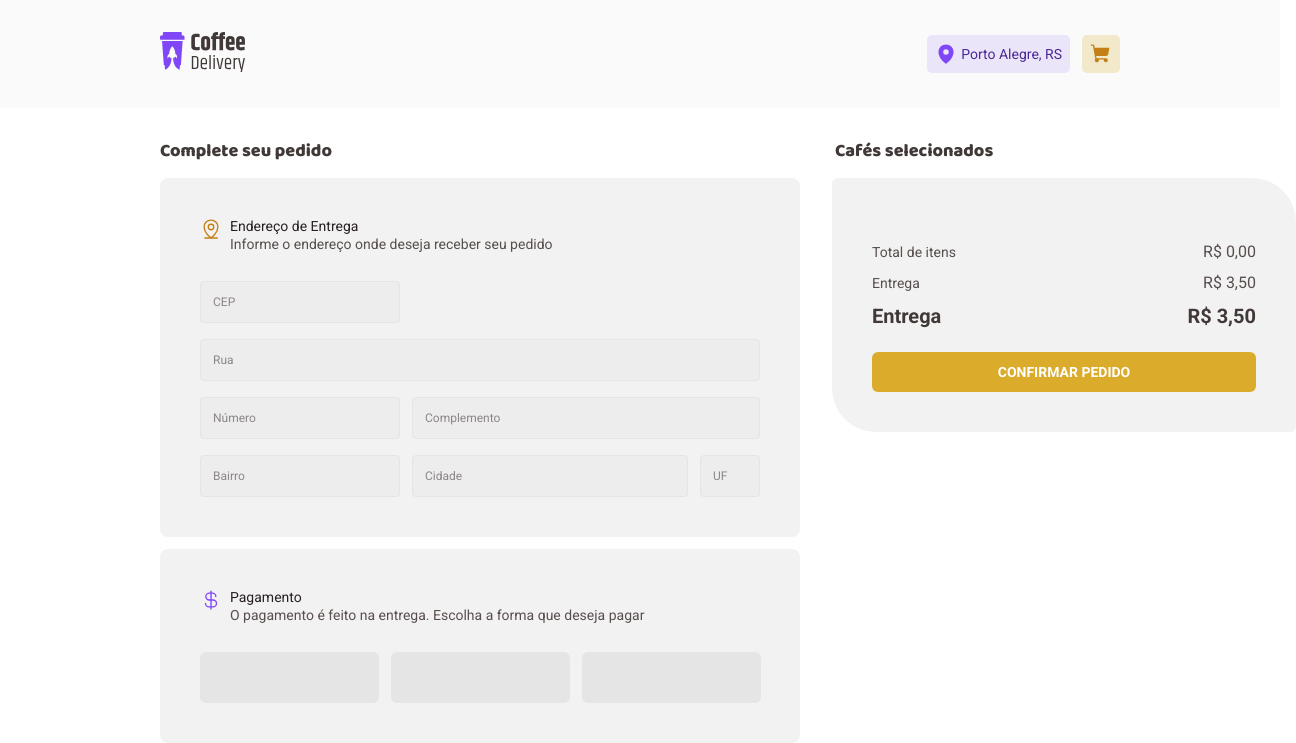
Repository: caueenrico/CoffeDelivery
Page: /checkout
These files come from the project's save history. The page is drawn as it stood at one moment and after a run of saves; the edit follows.
The browser window is 1280 px wide. The page is 1296 px wide, so the pictures cover 1296 px, including what lies to the right of the window. The pictures show the whole page.
The project was rebuilt for these pictures with package versions that can differ from the ones it lists, and the page was loaded fresh each time. Also part of the build but not shown: vite.config.ts, src/components/IpuntNumber/styles.ts, src/components/IpuntNumber/index.tsx, src/pages/CheckOut/components/SelectedCoffes/styles.ts, src/pages/CheckOut/components/SelectedCoffes/index.tsx, src/pages/CheckOut/Pages/Success/styles.ts, src/pages/CheckOut/Pages/Success/components/SendRequest/styles.ts, src/pages/CheckOut/Pages/Success/components/SendRequest/index.tsx and 8 more.

Above is the page before, as saved 2022-10-06 17:50:00.

### index.html
<!DOCTYPE html>
<html lang="en">
  <head>
    <meta charset="UTF-8" />

    <link rel="preconnect" href="https://fonts.googleapis.com" />
    <link rel="preconnect" href="https://fonts.gstatic.com" crossorigin />
    <link
      href="https://fonts.googleapis.com/css2?family=Baloo+2:wght@700;800&family=Roboto:wght@400;700&display=swap"
      rel="stylesheet"
    />

    <link rel="icon" type="image/svg+xml" href="/vite.svg" />
    <meta name="viewport" content="width=device-width, initial-scale=1.0" />
    <title>Vite + React + TS</title>
  </head>
  <body>
    <div id="root"></div>
    <script type="module" src="/src/main.tsx"></script>
  </body>
</html>

### src/App.tsx
import { BrowserRouter } from "react-router-dom";
import { ThemeProvider } from "styled-components";
import { CartContextProvider } from "./context/CartContext";
import { Router } from "./Router";
import { defaultTheme } from "./styles/themes/default";
import { GlobalStyle } from "./styles/themes/global";

export function App() {
  return (
    <ThemeProvider theme={defaultTheme}>
      <BrowserRouter>
      <CartContextProvider>
        <Router />
      </CartContextProvider>
      </BrowserRouter>
      <GlobalStyle />
    </ThemeProvider>
  );
}

### src/Router.tsx
import { Routes, Route } from 'react-router-dom'
import { DefaultLayout } from './layouts/DefaultLayout'
import { PageForm } from './pages/CheckOut'
import { Success } from './pages/CheckOut/Pages/Success'
import { Home } from './pages/Home'



export function Router() {
  return (
    <Routes>
      <Route path="/" element={<DefaultLayout />}>
        <Route path="/" element={<Home />} />
        <Route path="/checkout" element={<PageForm />} />
        <Route path="/checkout/success" element={<Success />} />

      </Route>
    </Routes>
  )
}

### src/styles/themes/default.ts
export const defaultTheme = {
  white: '#FFFFFF',

  // PRODUTOS
  'yellow-dark': '#C47F17',
  'yellow': '#DBAC2C',
  'yellow-light': '#F1E9C9',

  'purple-dark': '#4B2995',
  'purple': '#8047F8',
  'purple-light': '#EBE5F9',

  //BASE
  'title':'#272221',
  'subtitle': '#403937',
  'text':'#574F4D',
  'label':'#8D8686',
  'hover':'#D7D5D5',
  'button':'#E6E5E5',
  'input':'#EDEDED',
  'card':'#F3F2F2',
  'background':'#FAFAFA'
}

### src/styles/themes/global.ts
import { createGlobalStyle } from "styled-components";


export const GlobalStyle = createGlobalStyle`
  *{
    margin: 0;
    padding: 0;
    box-sizing: border-box;
  }

  :focus{
    outline: 0;
  }

  body{
    -webkit-font-smoothing: antialiased;
  }

  body,input,textarea,button{
    font-family: 'Roboto', sans-serif;
    font-weight: 400;
    font-size: 1rem;
  }

  input::-webkit-outer-spin-button,
  input::-webkit-inner-spin-button {
    -webkit-appearance: none;
    margin: 0;
  }
  input[type="number"] {
    -moz-appearance: textfield;
  }

`

### src/layouts/DefaultLayout/index.tsx
import { Outlet } from 'react-router-dom'
import { Header } from '../../components/Header'
import { LayoutContainer } from './styles'

export function DefaultLayout() {
  return (
    <div>
      <LayoutContainer>
        <Header />
        <Outlet />
      </LayoutContainer>
    </div>
  )
}

### src/components/Header/index.tsx
import { HeaderContainer, NavHeaders } from "./styles";
import logo from '../assets/logo.svg';
import { Locations } from "../Locations";
import { Cart } from "../Cart";
import { NavLink } from "react-router-dom";


export function Header() {
  return (
    <HeaderContainer>
      <NavLink to='/'>
      <img src={logo} alt="" />
      </NavLink>

      <NavHeaders>
        <Locations />
        <NavLink to='/checkout'>
          <Cart/>
        </NavLink>
      </NavHeaders>
    </HeaderContainer>
  );
}

### src/layouts/DefaultLayout/styles.ts
import styled from 'styled-components'

export const LayoutContainer = styled.div`

`

### src/pages/CheckOut/styles.ts
import styled from "styled-components";

export const ContainerForm = styled.form`

display: flex;
flex-direction: column;
`

### src/pages/CheckOut/components/CompleteOrderForm/CheckOutIndex.tsx
import { TilteText } from "../../../Home/styles";
import { RenderSelectCoffes } from "../RenderSelectCoffes";
import { AddressForm } from "./AddresForm";
import { PaymenteMethodo } from "./PaymenteMethodo";
import {
  ContainerCheckOut,
  ContainerColunm,
  ContainerFlex,
  SelectCoffesContainer,
  TilteaText,
} from "./styles";

export function CheckOutIndex() {
  return (
    <ContainerFlex>
      <ContainerColunm>
        <TilteText>Complete seu pedido</TilteText>

        <ContainerCheckOut>
          <AddressForm />
        </ContainerCheckOut>

        <PaymenteMethodo />
      </ContainerColunm>

      <ContainerColunm>
        <TilteaText>Cafés selecionados</TilteaText>

        <SelectCoffesContainer>
          <RenderSelectCoffes />
        </SelectCoffesContainer>
      </ContainerColunm>
    </ContainerFlex>
  );
}

### src/pages/Home/styles.ts
import Background from '../assets/Background.png'

import styled from "styled-components";

export const BannerContainer = styled.div`

display: flex;
align-items: center;
justify-content: space-between;

padding: 94px 160px;

background-image: url(${Background});
background-position: center;
background-repeat: no-repeat;
background-size: cover;

`

export const TextContainer = styled.div`
 max-width: 588px;

 h1{
  font-family: 'Baloo 2';
  font-style: normal;
  font-weight: 800;
  font-size: 48px;
  line-height: 130%;
  color: ${props => props.theme['title']}
 }

  span {
    font-family: 'Roboto';
    font-weight: 400;
    font-size: 20px;
    line-height: 130%;
    color: ${props => props.theme['subtitle']}
  }




`

export const Benefist = styled.div `

  margin-top: 66px;
  max-width: 567px;
  color: ${props => props.theme['text']};

  ul {
    list-style-type: none;
    display: flex;
    gap: 40px;

  }

  ul li{
    font-size: 16px;
    display: flex;
    align-items: center;
    margin-bottom: 20px;
    gap: 12px;


  }

  .test{
    width: 231px;
  }
`

export const ProductsContainer = styled.div`

  h1{
    font-family: 'Baloo 2';
    font-style: normal;
    font-weight: 800;
    font-size: 32px;
    line-height: 130%;

    margin-left: 160px;
    margin-top: 32px;
    margin-bottom: 54px;

    color:${props => props.theme['subtitle']}
  }



`

export const TilteText = styled.h1`
    font-family: 'Baloo 2';
    font-style: normal;
    font-weight: 800;
    font-size: 18px;
    line-height: 130%;

    margin-left: 160px;
    margin-top: 32px;
    margin-bottom: 15px;

    color:${props => props.theme['subtitle']}
`

### src/components/Header/styles.ts
import styled from "styled-components";

export const HeaderContainer = styled.div`

  min-height: 104px;

  display: flex;
  align-items: center;
  justify-content: space-between;

  padding: 32px 160px;

  background-color: ${props => props.theme['background']};

  position: sticky;
  top: 0;
  left: 0;
  z-index: 5;

`
export const NavHeaders = styled.nav`
  display: flex;
  gap: 12px;

`

### src/components/Locations/index.tsx
import { MapPin } from "phosphor-react";
import { LocationsContainer } from "./styles";


export function Locations (){

  return (
    <LocationsContainer>
        <MapPin size={22} weight='fill' color="#8047F8"/> Porto Alegre, RS
    </LocationsContainer>
  )
}

### src/components/Cart/index.tsx
import { ShoppingCart } from "phosphor-react";
import React, { useContext } from "react";
import { CartContext } from "../../context/CartContext";
import { CartContainer } from "./styles";

export function Cart (){
  const {quantityAddItens} = useContext(CartContext)
  return(
    <CartContainer>
      <ShoppingCart size={22} weight='fill'/> {quantityAddItens > 0 && <span>{quantityAddItens}</span>}
    </CartContainer>
  )
}

### src/pages/CheckOut/components/RenderSelectCoffes/index.tsx
import { Container } from "./styles";
import { useContext } from "react";
import { CartContext } from "../../../../context/CartContext";
import { SelectedCoffes } from "../SelectedCoffes";
import { TotalItens } from "../TotalItens";
import { ConfirmButton } from "../ConfirmButton";

export function RenderSelectCoffes() {
  const { cartItens } = useContext(CartContext);

  return (
    <>
      <Container>
        {cartItens.map((coffee) => (
          <SelectedCoffes key={coffee.id} coffee={coffee} />
        ))}
      </Container>

      <TotalItens />

      <ConfirmButton />
    </>
  );
}

### src/pages/CheckOut/components/CompleteOrderForm/AddresForm.tsx
import { MapPinLine } from "phosphor-react";
import { useFormContext } from "react-hook-form";
import { InputForm } from "../../../../components/InpuitForm";
import { AddressFormContainer } from "./styles";
import { TextCheck } from "../TextosCheck";

interface ErrosType {
  errors: {
    [key: string]: {
      message: string;
    };
  };
}

export function AddressForm() {
  const { register, formState } = useFormContext();
  const { errors } = formState as unknown as ErrosType;

  return (
    <>
      <TextCheck
        icon={<MapPinLine size={22} color="#C47F17" />}
        title="Endereço de Entrega"
        subtitle="Informe o endereço onde deseja receber seu pedido"
      />
      <AddressFormContainer>
        <InputForm
          placeholder="CEP"
          type="number"
          className="cep"
          {...register("cep")}
          error={errors.cep?.message}
        />
        <InputForm
          placeholder="Rua"
          className="street"
          {...register("street")}
          error={errors.street?.message}
        />
        <InputForm
          placeholder="Número"
          type="number"
          {...register("number")}
          error={errors.number?.message}
        />
        <InputForm placeholder="Complemento" className="complemento" />
        <InputForm
          placeholder="Bairro"
          {...register("district")}
          error={errors.district?.message}
        />
        <InputForm
          placeholder="Cidade"
          {...register("city")}
          error={errors.city?.message}
        />
        <InputForm
          placeholder="UF"
          {...register("uf")}
          error={errors.uf?.message}
        />
      </AddressFormContainer>
    </>
  );
}

### src/pages/CheckOut/components/CompleteOrderForm/PaymenteMethodo.tsx
import { Bank, CreditCard, CurrencyDollar, Money } from "phosphor-react";
import { MetodosdePagamentos } from "../../../../components/MetodosPagamento";
import {
  ContainerCheckOut,
  MetodosDePagamentoContainer,
  PaymentContainer,
} from "./styles";
import { TextCheck } from "../TextosCheck";

export const MetodosDePagamentoOpn = {
  credito: {
    title: "Cartão de Crédito",
    icon: <CreditCard size={16} color="#8047F8" />,
  },
  debito: {
    title: "Cartão de Débito",
    icon: <Bank size={16} color="#8047F8" />,
  },
  dinheiro: {
    title: "Dinheiro",
    icon: <Money size={16} color="#8047F8" />,
  },
};

export function PaymenteMethodo() {
  return (
    <PaymentContainer>
      <ContainerCheckOut>
        <TextCheck
          icon={<CurrencyDollar size={22} color="#8047F8" />}
          title="Pagamento"
          subtitle="O pagamento é feito na entrega. Escolha a forma que deseja pagar"
        />

        <MetodosDePagamentoContainer>
          {Object.entries(MetodosDePagamentoOpn).map(
            ([key, { title, icon }]) => (
              <MetodosdePagamentos
                id={key}
                key={title}
                title={title}
                icon={icon}
                value={key}
              />
            )
          )}
        </MetodosDePagamentoContainer>
      </ContainerCheckOut>
    </PaymentContainer>
  );
}

### src/pages/CheckOut/components/CompleteOrderForm/styles.ts
import styled from "styled-components";

export const ContainerFlex = styled.div`
  display: flex;


`
export const ContainerColunm = styled.div`
display: flex;
flex-direction: column;
`

export const ContainerCheckOut = styled.div `

  margin-left: 160px;
  border-radius: 8px;
  display: flex;
  flex-direction: column;
  max-width: 40rem;
  background: ${props => props.theme.card};



`

export const TilteaText = styled.h1`
  font-family: 'Baloo 2';
    font-style: normal;
    font-weight: 800;
    font-size: 18px;
    line-height: 130%;

    margin-left: 35px;
    margin-top: 32px;
    margin-bottom: 15px;

    color:${props => props.theme['subtitle']}
`

export const SelectCoffesContainer = styled.div`
  display: flex;
  flex-direction: column;
  min-width: 29rem;
  background: ${props => props.theme.card};
  padding: 40px;
  margin-left: 32px;
  border-radius: 6px 44px;

  .navlink{
    width: 100%;
  }
`

export const PaymentContainer = styled.div`
  margin-top: 12px;
`

export const AddressFormContainer = styled.div`
  width: 100%;

  margin: 40px;
  display: grid;
  grid-template-columns: 12.5rem 17.25rem 3.75rem;
  column-gap: 0.75rem;
  row-gap: 1rem;
  grid-auto-flow: dense;

  .cep{
    grid-column: span 3;
    max-width: 12.5rem;
  }

  .street{
    grid-column: span 3;
  }

  .complemento {
    grid-column: span 2;
  }

`

export const MetodosDePagamentoContainer = styled.div`

  display: grid;
  grid-template-columns: repeat(3,1fr);
  gap: 12px;

  margin: 40px;

`

export const ValueContainer = styled.div`

`

### src/components/Locations/styles.ts
import styled from "styled-components";

export const LocationsContainer = styled.div`
  border-radius: 5px;

  max-width: 143px;
  padding: 8px;
  font-size: 14px;

  background-color: ${props => props.theme['purple-light']};
  color: ${props => props.theme['purple-dark']};

  display: flex;
  justify-content: center;
  align-items: center;
  gap: 4px;



`

### src/components/Cart/styles.ts
import styled from "styled-components";

export const CartContainer = styled.button`
  max-width: 38px;
  max-height: 38px;
  border-radius: 5px;
  border: none;

  background-color: ${props => props.theme['yellow-light']};
  color: ${props => props.theme['yellow-dark']};

  display: flex;
  align-content: center;
  align-items: center;
  position: relative;

  padding: 8px;

  span {
    position: absolute;
    width: 1.25rem;
    height: 1.25rem;
    top: calc(-1.25rem / 2);
    right: calc(-1.25rem / 2);
    background-color: ${props => props.theme['yellow-dark']};
    color: ${props => props.theme['yellow-light']};
    border-radius: 50%;

    font-size: 0.75rem;
    font-weight: 700;

    display: flex;
    align-items: center;
    justify-content: center;


  }

`

### src/pages/CheckOut/components/RenderSelectCoffes/styles.ts
import styled from "styled-components";

export const Container = styled.div`
  display: flex;
  flex-direction: column;

`

### src/pages/CheckOut/components/TotalItens/index.tsx

import { useContext } from "react";
import { CartContext } from "../../../../context/CartContext";
import { formatMoney } from "../../../../utils/formatMoney";
import { Container, Text, TotalBold, Valor } from "./styles";



export function TotalItens() {
  const {cartItemTotal} = useContext(CartContext);
  const PriceDelivery = formatMoney(3.50) ;
  const totalCoffes = formatMoney(cartItemTotal()) ;
  const total = formatMoney(cartItemTotal() + 3.50) ;

  return (
    <Container>
      <div>
        <Text>Total de itens</Text>
        <Valor>R$ {totalCoffes}</Valor>
      </div>
      <div>
        <Text>Entrega</Text>
        <Valor>R$ {PriceDelivery}</Valor>
      </div>
      <div>
        <TotalBold>Entrega</TotalBold>
        <TotalBold>R$ {total}</TotalBold>
      </div>
    </Container>
  );
}

### src/pages/CheckOut/components/ConfirmButton/index.tsx
import { NavLink } from "react-router-dom";
import { ButtonConfirm } from "./styles";

export function ConfirmButton() {
  return (
    <ButtonConfirm type="submit">
      Confirmar Pedido
    </ButtonConfirm>
  );
}

{/* <NavLink to="/checkout/success">Confirmar Pedido</NavLink> */}

### src/components/InpuitForm/index.tsx
import { forwardRef, InputHTMLAttributes } from "react";
import { InputStyleContainer, InputWrapper } from "./styles";

type InputProps = InputHTMLAttributes<HTMLInputElement> & {
  error?: string;
}

export const InputForm = forwardRef<HTMLInputElement, InputProps>(
  ({error,className,...props}, ref) => {
  return (
    <InputWrapper className={className}>
    <InputStyleContainer {...props}  ref={ref} />
    {error && (
      <p>{error}</p>
    )}
    </InputWrapper>
  )
})

### src/pages/CheckOut/components/TextosCheck/index.tsx
import { ReactNode } from "react"
import { SectionTitleContainer } from "./styles"

interface TextCheckProps{
  title: string
  subtitle?: string
  icon?: ReactNode
}

export function TextCheck({title,subtitle,icon}: TextCheckProps){
  return(
    <SectionTitleContainer>
      {icon}
      <div>
        <h1>{title}</h1>
        <span>{subtitle}</span>
      </div>
    </SectionTitleContainer>
  )
}

### src/components/MetodosPagamento/index.tsx
import { CreditCard } from "phosphor-react"
import { InputHTMLAttributes, ReactNode, useState } from "react"
import { PaymentMethodos } from "./styles"

type MetodosdePagamentosProps = InputHTMLAttributes<HTMLInputElement> & {
  title: string
  icon: ReactNode
}

export function MetodosdePagamentos({ id, icon, title, ...props }: MetodosdePagamentosProps) {

  return(
    <PaymentMethodos >

    </PaymentMethodos>
  )
}

### src/utils/formatMoney.ts
export function formatMoney(value: number){
  return value.toLocaleString('pt-BR', {
    minimumFractionDigits: 2,
  })
}

### src/pages/CheckOut/components/TotalItens/styles.ts
import styled from "styled-components";

export const Container = styled.div`
  display: flex;
  flex-direction: column;
  margin-top: 24px;
  gap: 12px;

  div {
    display: flex;
    justify-content: space-between;
    align-items: center;
  }

`

export const Text = styled.span`
  font-size: 0.875rem;
  color: ${props => props.theme.text};
`
export const Valor = styled.span`
  font-size: 1rem;
  color: ${props => props.theme.text};
`
export const TotalBold = styled.span`
  font-size: 1.25rem;
  color: ${props => props.theme.subtitle};
  font-weight: 700;
`

### src/pages/CheckOut/components/ConfirmButton/styles.ts
import styled from "styled-components";

export const ButtonConfirm = styled.button`
  background: ${props => props.theme.yellow};
  color: ${props => props.theme["white"]};
  border-radius: 6px;
  padding: 12px 8px;
  border: none;
  margin-top: 24px;
  transition: 0.2s;
  font-size: 14px;
  font-weight: 700;
  text-transform: uppercase;
  cursor: pointer;

  a{
    color: ${props => props.theme["white"]};
    text-decoration: none;
  }

  &:hover {
    background: ${props => props.theme["yellow-dark"]};
  }
`

### src/components/InpuitForm/styles.ts
import styled from "styled-components";

export const InputWrapper = styled.div`
  display: flex;
  flex-direction: column;
  gap: 0.3rem;
  position: relative;

  >p{
    color: ${props => props.theme["purple-dark"]};
  }
  `


export const InputStyleContainer = styled.input`
  height: 2.625rem;
  border-radius: 4px;
  border: 1px solid ${props => props.theme.button};
  background: ${props => props.theme.input};
  transition: 0.4s;

  &:focus{
    border-color: ${props => props.theme["yellow-dark"]};
  }

  color: ${props => props.theme["text"]};
  font-size: 00.75rem;
  padding: 0 0.75rem;

  &::placeholder{
    color: ${props => props.theme["label"]};
  }
`

### src/pages/CheckOut/components/TextosCheck/styles.ts
import styled from "styled-components";

export const SectionTitleContainer = styled.div`
  display: flex;
  gap: 0.5rem;
  margin: 40px;
  margin-bottom: -12px;

  div{
    h1{
      font-size: 0.875rem;
      font-weight: 400;
      color: ${props => props.theme.title};
    }
    span{
      font-size: 0.875rem;
      font-weight: 400;
      color: ${props => props.theme.text};
    }
  }

`

### src/components/MetodosPagamento/styles.ts
import styled from "styled-components";

export const PaymentMethodos = styled.button`
  display: flex;
  align-items: center;
  justify-content: center;
  width: 11.18rem;
  height: 3.18rem;
  border: 2px solid ${props => props.theme.button};
  border-radius: 6px;
  background: ${props => props.theme.button};
  transition: 0.4s;
  color: ${props => props.theme.text};
  font-size: 12px;
  text-transform: uppercase;
  gap: 12px;

  &:focus{
    border-color: ${props => props.theme["purple-dark"]};
  }

`

Loaded but not shown: src/main.tsx (common file); src/context/CartContext.tsx (114 lines, source omitted); src/pages/CheckOut/index.tsx (62 lines, source omitted)

After the next 2 saves:
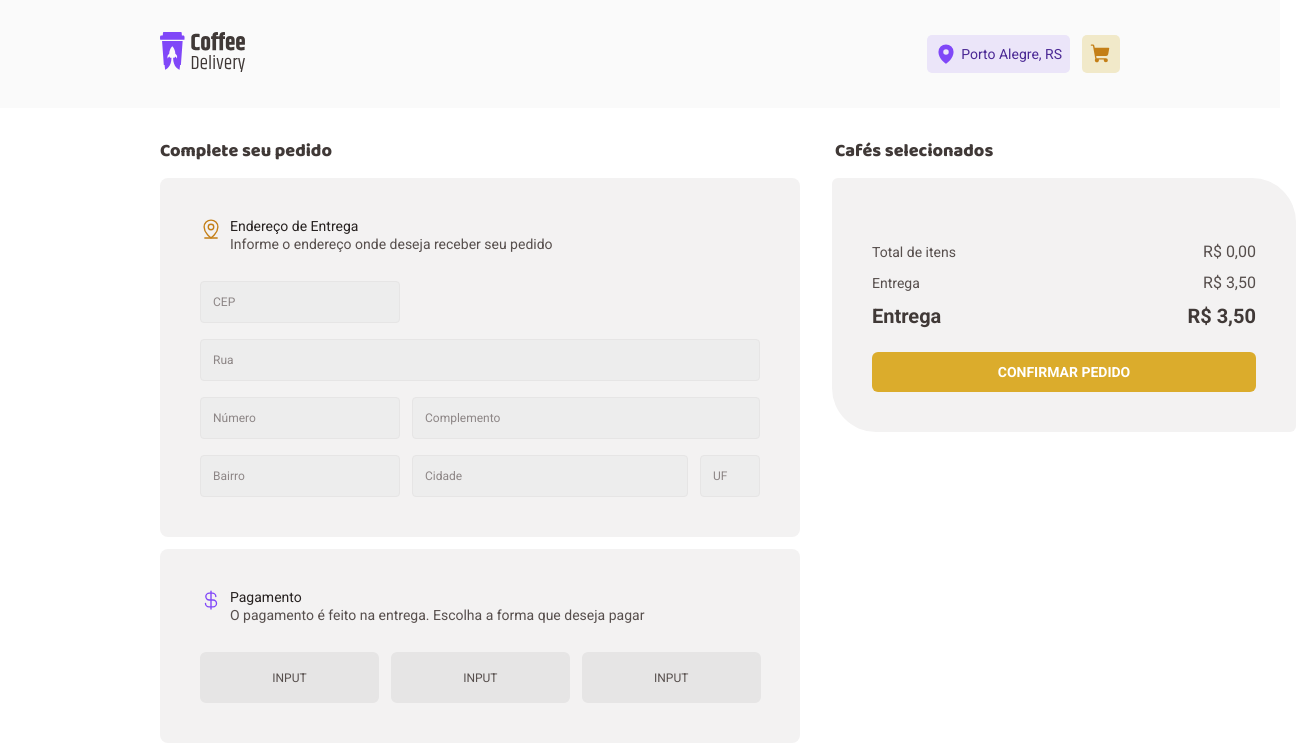
The 2 saves are shown as one change because they came seconds apart.
The last was saved 81 s later.
--- a/src/components/MetodosPagamento/index.tsx
+++ b/src/components/MetodosPagamento/index.tsx
@@ -11,7 +11,7 @@
 
   return(
     <PaymentMethodos >
-
+    input
     </PaymentMethodos>
   )
 }

After the save that followed:
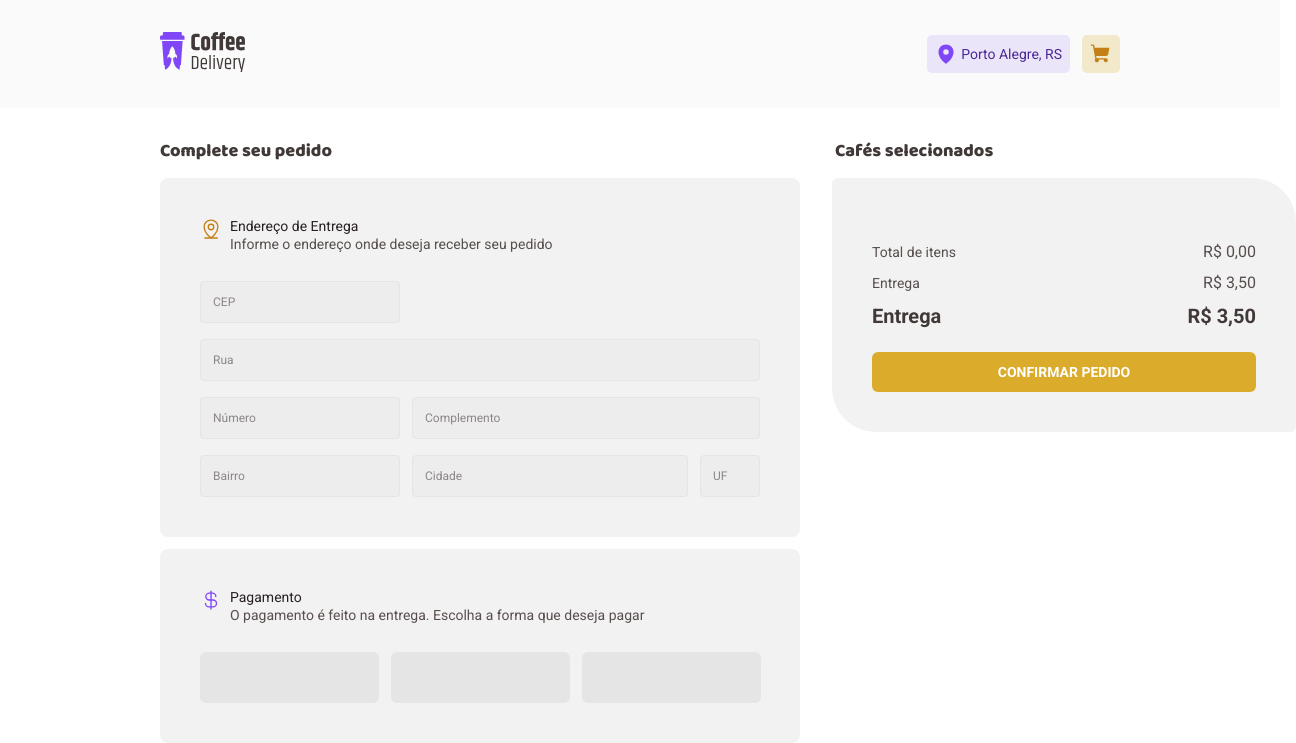
Saved 4 s later.
--- a/src/components/MetodosPagamento/index.tsx
+++ b/src/components/MetodosPagamento/index.tsx
@@ -11,7 +11,7 @@
 
   return(
     <PaymentMethodos >
-    input
+
     </PaymentMethodos>
   )
 }
